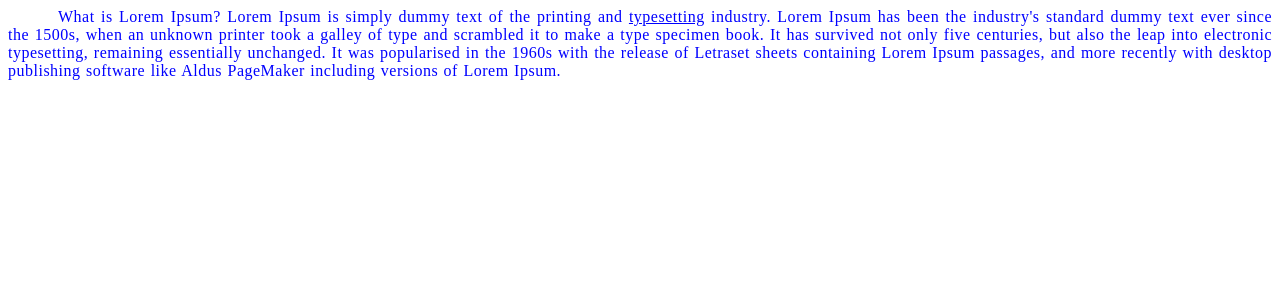
Repository: sangah-park98/jsp-class
Page: k20230508_1_css/src/main/webapp/22_글꼴2.html
The author's editor kept a copy of each file at every save. The page is drawn from the files as they stood at one save, then again after the next save.
The browser window is 1280 px wide. The pictures show the whole page.

Above is the page before, as saved 2023-05-09 05:49:13.

### k20230508_1_css/src/main/webapp/22_글꼴2.html
<!DOCTYPE html>
<html>
<head>
<meta charset="UTF-8">
<title>글꼴</title>
<style type="text/css">

	/*
		color: 문자의 색을 지정한다. 기본값은 black => #000000 => rgb(0, 0, 0)
			=> 색상 이름
		text-align: 문자 수평 정렬 방식을 지정한다.
			=> left(왼쪽 맞춤, 기본값), center(가운데 맞춤), right(오른쪽 맞춤)
			=> justify(양쪽 맞춤, 영문 균등)
		letter-spacing: 글자와 글자 사이의 간격을 지정한다. 자간
		word-spacing: 단어와 단어 사이의 간격을 지정한다.
		text-indent: 첫 줄 들여쓰기를 지정한다.
		text-decoration: 문자의 선 장식을 지정한다.
			=> none(기본값, 선없음), underline(밑줄), overline(윗줄), line-through(중앙선, 취소선, 삭제선)
		text-indent: 첫 줄 들여쓰기를 지정한다.
	*/

	.indent {
		/* color: aqua; */
		color: rgb(0,0,255);
		text-align: justify;
		letter-spacing: 0.5px;
		word-spacing: 1px;
		text-indent: 50px;
	}
	span {
		text-decoration: underline;

	}
</style>
</head>
<body>

<div class="indent">
	What is Lorem Ipsum?
Lorem Ipsum is simply dummy text of the printing and <span>typesetting</span> industry. Lorem Ipsum has been the industry's standard dummy text ever since the 1500s, when an unknown printer took a galley of type and scrambled it to make a type specimen book. It has survived not only five centuries, but also the leap into electronic typesetting, remaining essentially unchanged. It was popularised in the 1960s with the release of Letraset sheets containing Lorem Ipsum passages, and more recently with desktop publishing software like Aldus PageMaker including versions of Lorem Ipsum.
</div>

</body>
</html>

After the next save:
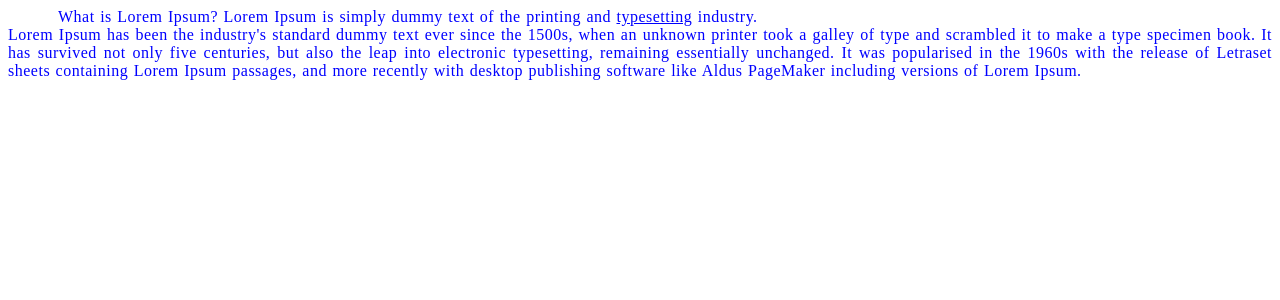
Saved 21 s later.
--- a/k20230508_1_css/src/main/webapp/22_글꼴2.html
+++ b/k20230508_1_css/src/main/webapp/22_글꼴2.html
@@ -37,7 +37,7 @@
 
 <div class="indent">
 	What is Lorem Ipsum?
-Lorem Ipsum is simply dummy text of the printing and <span>typesetting</span> industry. Lorem Ipsum has been the industry's standard dummy text ever since the 1500s, when an unknown printer took a galley of type and scrambled it to make a type specimen book. It has survived not only five centuries, but also the leap into electronic typesetting, remaining essentially unchanged. It was popularised in the 1960s with the release of Letraset sheets containing Lorem Ipsum passages, and more recently with desktop publishing software like Aldus PageMaker including versions of Lorem Ipsum.
+Lorem Ipsum is simply dummy text of the printing and <span>typesetting</span> industry.<br> Lorem Ipsum has been the industry's standard dummy text ever since the 1500s, when an unknown printer took a galley of type and scrambled it to make a type specimen book. It has survived not only five centuries, but also the leap into electronic typesetting, remaining essentially unchanged. It was popularised in the 1960s with the release of Letraset sheets containing Lorem Ipsum passages, and more recently with desktop publishing software like Aldus PageMaker including versions of Lorem Ipsum.
 </div>
 
 </body>
